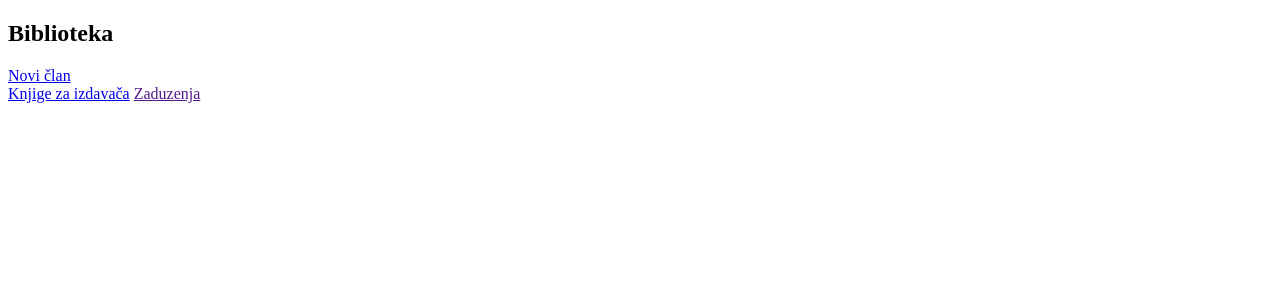
Repository: bojanludajic/Razvoj-Informacionih-Sistema
Page: SpringBiblioteka/BibliotekaWEB/src/main/webapp/index.html
The author's editor kept a copy of each file at every save. The page is drawn from the files as they stood at one save, then again after the next save.
The browser window is 1280 px wide. The pictures show the whole page.

Above is the page before, as saved 2024-11-10 15:04:45.

After the next save:
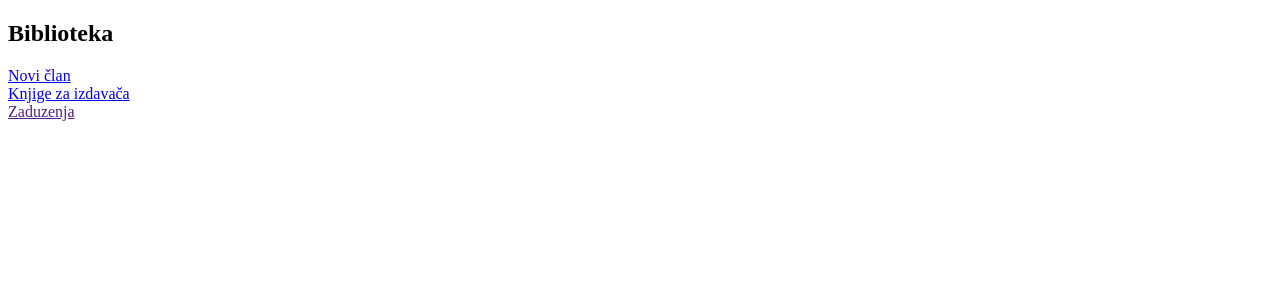
Saved 16 s later.
--- a/SpringBiblioteka/BibliotekaWEB/src/main/webapp/index.html
+++ b/SpringBiblioteka/BibliotekaWEB/src/main/webapp/index.html
@@ -7,7 +7,7 @@
 <body>
 	<h2>Biblioteka</h2>
 	<a href="/Biblioteka/clan/getKategorije">Novi član</a><br>
-	<a href="/Biblioteka/knjiga/getIzdavaci">Knjige za izdavača</a>
+	<a href="/Biblioteka/knjiga/getIzdavaci">Knjige za izdavača</a><br>
 	<a href="">Zaduzenja</a>
 </body>
 </html>
